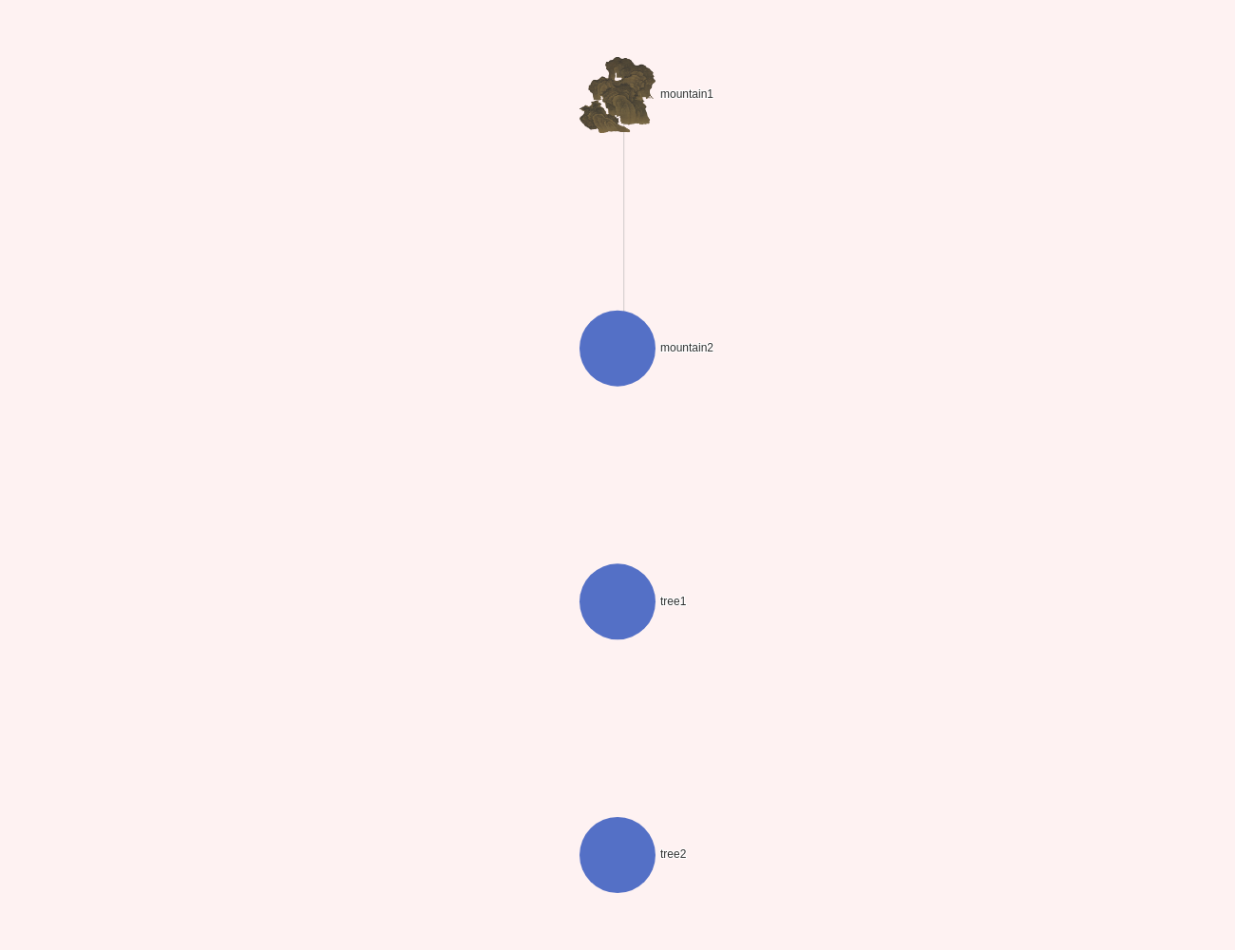
Repository: gaosth/Eyesee
Page: /link
These files come from the project's save history. The page is drawn as it stood at one moment and after the next save; the edit follows.
The browser window is 1280 px wide. The page is 1300 px wide, so the pictures cover 1300 px, including what lies to the right of the window. The pictures show the whole page, at 95% of full size.
The project was rebuilt for these pictures with package versions that can differ from the ones it lists, and the page was loaded fresh each time. Also part of the build but not shown: vite.config.js, src/components/WelcomeItem.vue, src/components/icons/IconDocumentation.vue, src/components/icons/IconTooling.vue, src/components/icons/IconEcosystem.vue, src/components/icons/IconCommunity.vue, src/components/icons/IconSupport.vue, src/components/TheWelcome.vue and 16 more.

Above is the page before, as saved 2024-03-19 15:39:46.

### src/main.js
import './assets/main.css'

import { createApp } from 'vue'
import { createPinia } from 'pinia'

import App from './App.vue'
import router from './router'
import axios from 'axios'

axios.defaults.baseURL = 'http://127.0.0.1:8000'

const app = createApp(App)

app.use(createPinia())
// app.use(router)
app.use(router,axios)

app.mount('#app')

### src/App.vue
<template>
  <main>
    <RouterView />
  </main>
</template>

### src/router/index.js
import { createRouter, createWebHistory } from 'vue-router'
import HomeView from '../views/HomeView.vue'
import Agent from '../views/Agent.vue'
import Heatmap from '../components/Heatmap.vue'
import Test from '../views/reference.vue'
import DetailView from '../views/DetailView.vue'
import Detail2View from '../views/Detail2View.vue'
import AnalyzeView from '../views/AnalyzeView.vue'
import Sankey from '../components/Sankey.vue'
import LinkView from '../components/imgLink.vue'

const router = createRouter({
  history: createWebHistory(import.meta.env.BASE_URL),
  routes: [
    {
      path: '/',
      name: 'home',
      component: Agent
    },
    {
      path: '/about',
      name: 'about',
      // route level code-splitting
      // this generates a separate chunk (About.[hash].js) for this route
      // which is lazy-loaded when the route is visited.
      component: () => import('../views/AboutView.vue')
    },
    {
      path: '/Agent',
      name: 'Agent',
      component: Agent
    },
    {
      path: '/Heatmap',
      name: 'Heatmap',
      component: Heatmap
    },
    {
      path: '/test',
      name: 'test',
      component: Test
    },
    {
      path: '/detail',
      name: 'detail',
      component: DetailView
    },
    {
      path: '/detail2',
      name: 'detail2',
      component: Detail2View
    },
    {
      path: '/analyze',
      name: 'analyze',
      component: AnalyzeView
    },
    {
      path: '/sankey',
      name: 'sankey',
      component: Sankey
    },
    {
      path: '/link',
      name: 'link',
      component: LinkView
    },
  ]
})

export default router

### src/components/imgLink.vue
<template>
    <div ref="chartDom" class="chartDom bg-red-50" style="width: 1300px;height:1000px;">
    </div>
  </template>

  <script setup>
  import * as echarts from 'echarts'
  import { ref, onMounted, watch } from 'vue'
  const chartDom = ref()
  import mt1 from '@/assets/case2/mountain1/01.png'
  import mt2 from '@/assets/case2/mountain2/02.png'
  import tr1 from '@/assets/case2/tree1/01.png'
  import tr2 from '@/assets/case2/tree2/02.png'

  const option = {
    tooltip: {
    },
    series: {
            type: 'graph',
            layout: 'none',
            data: [
            {
                id: '0',
                name: 'mountain1',
                symbolSize: 80,
                symbol: 'image://' + mt1,
                x: 100,
                y: 100

            },
            {
                id: '1',
                name: 'mountain2',
                symbolSize: 80,
                x: 100,
                y: 120
            },
            {
                id: '2',
                name: 'tree1',
                symbolSize: 80,
                x: 100,
                y: 140
            },
            {
                id: '3',
                name: 'tree2',
                symbolSize: 80,
                x: 100,
                y: 160
            },
            ],
            links: [
            {
                source: '0',
                target: '1',
            },
            ],
            roam: true,
            label: {
                show: true,
                position: 'right',
                formatter: '{b}'
            },
            labelLayout: {
                hideOverlap: true
            },
            scaleLimit: {
                min: 0.4,
                max: 2
            },
        }
  }
  // 不赋值给ref响应式Proxy对象
  let chart

  onMounted(() => {
    chart = echarts.init(chartDom.value)
    chart.setOption(option)
  })
  </script>

Loaded but not shown: index.html (common file); src/assets/main.css (common file); tailwind.config.js (common file)

After the next save:
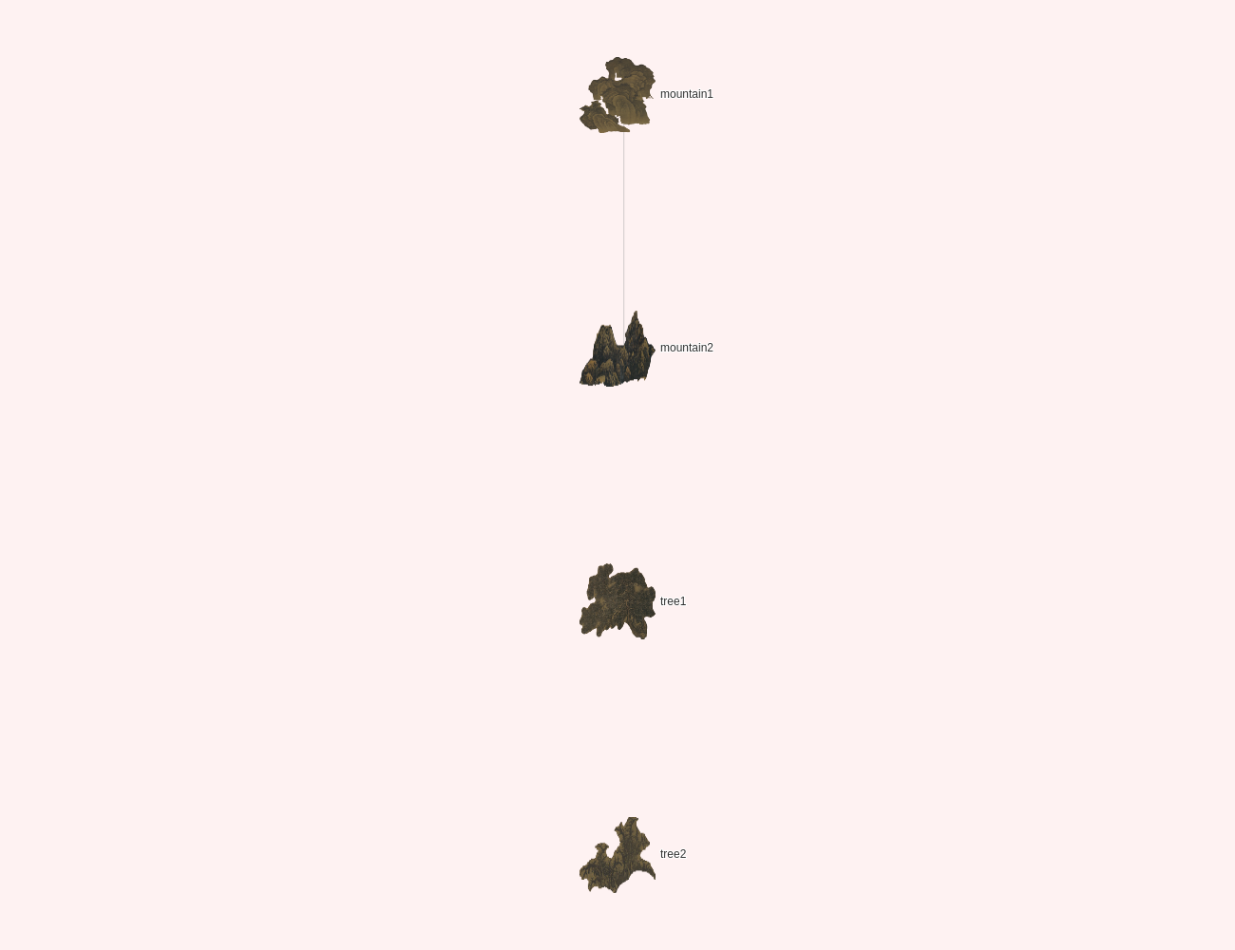
Saved 24 s later.
--- a/src/components/imgLink.vue
+++ b/src/components/imgLink.vue
@@ -32,6 +32,7 @@
                 id: '1',
                 name: 'mountain2',
                 symbolSize: 80,
+                symbol: 'image://' + mt2,
                 x: 100,
                 y: 120
             },
@@ -39,6 +40,7 @@
                 id: '2',
                 name: 'tree1',
                 symbolSize: 80,
+                symbol: 'image://' + tr1,
                 x: 100,
                 y: 140
             },
@@ -46,6 +48,7 @@
                 id: '3',
                 name: 'tree2',
                 symbolSize: 80,
+                symbol: 'image://' + tr2,
                 x: 100,
                 y: 160
             },
